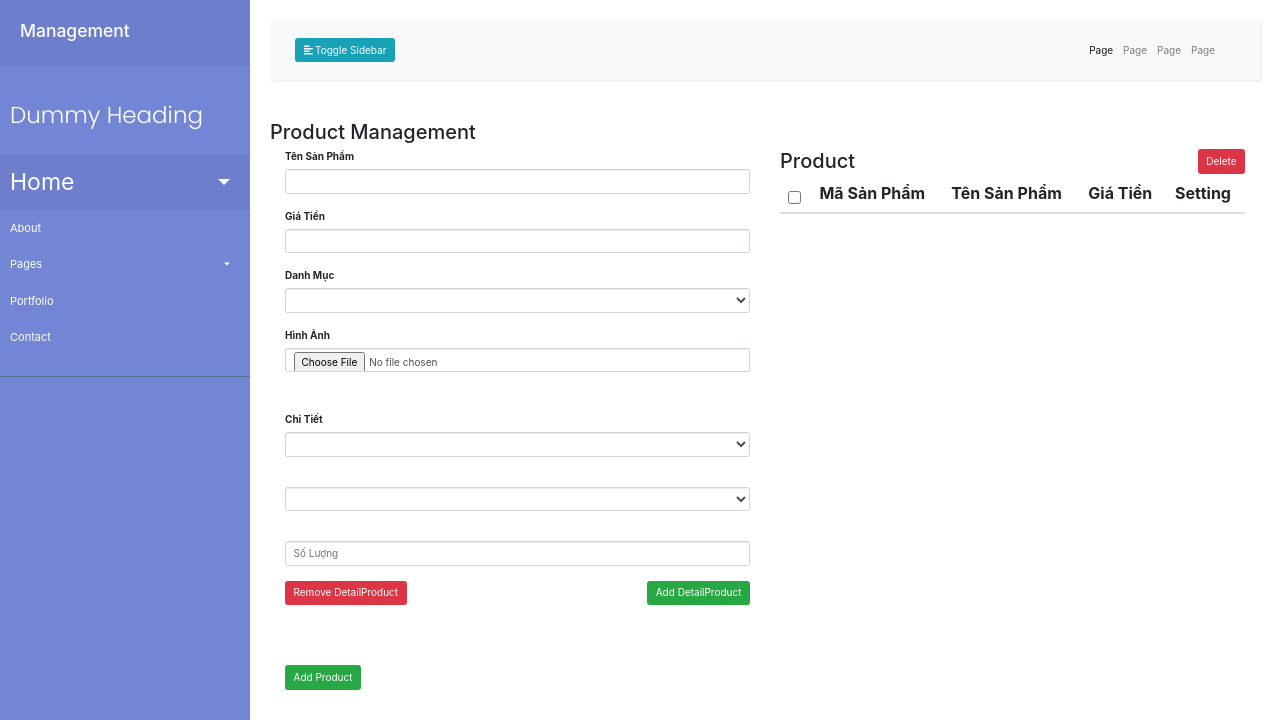
Repository: tiendungnguyen738/shoponline
Page: http://localhost/shoponline/WEB-INF/views/Product_Admin.jsp
These files come from the project's save history. The page is drawn as it stood at one moment and after the next save; the edit follows.
The browser window is 1280 px wide. The pictures show the whole page.
Some web libraries are served in a nearby version. The page is served by Tomcat 9. Nobody is signed in. Other server files are loaded and not shown. The template is opened directly, without the code that normally fills it, so the values that code supplies are empty.

Above is the page before, as saved 2019-09-24 13:57:54.

### shoponline/src/main/webapp/WEB-INF/views/Product_Admin.jsp
<%@ taglib prefix="c" uri="http://java.sun.com/jsp/jstl/core"%>
<%@ page contentType="text/html;charset=UTF-8" language="java"%>

<html>
<head>
	<title>Product-Manage</title>
	<meta charset="utf-8">
	<link rel="stylesheet"
		href="https://maxcdn.bootstrapcdn.com/bootstrap/3.4.0/css/bootstrap.min.css">
	<link rel="stylesheet"
		href="<c:url value='/resources/admin/product-admin.css'/>" />
 	<link rel="stylesheet"
		href="<c:url value='/resources/admin/style.css'/>" />

	<meta name="viewport" content="width=device-width, initial-scale=1.0">
	<meta http-equiv="X-UA-Compatible" content="IE=edge">

	<link rel="stylesheet"
		href="https://stackpath.bootstrapcdn.com/bootstrap/4.1.0/css/bootstrap.min.css"
		integrity="sha384-9gVQ4dYFwwWSjIDZnLEWnxCjeSWFphJiwGPXr1jddIhOegiu1FwO5qRGvFXOdJZ4"
		crossorigin="anonymous">
	<script defer
		src="https://use.fontawesome.com/releases/v5.0.13/js/solid.js"
		integrity="sha384-tzzSw1/Vo+0N5UhStP3bvwWPq+uvzCMfrN1fEFe+xBmv1C/AtVX5K0uZtmcHitFZ"
		crossorigin="anonymous"></script>
	<script defer
		src="https://use.fontawesome.com/releases/v5.0.13/js/fontawesome.js"
		integrity="sha384-6OIrr52G08NpOFSZdxxz1xdNSndlD4vdcf/q2myIUVO0VsqaGHJsB0RaBE01VTOY"
		crossorigin="anonymous"></script>

</head>
<body>
	<div class="wrapper">
		<nav id="sidebar">
			<div class="sidebar-header">
				<h3>Management</h3>
			</div>

			<ul class="list-unstyled components">
				<p>Dummy Heading</p>
				<li class="active"><a href="#homeSubmenu"
					data-toggle="collapse" aria-expanded="false"
					class="dropdown-toggle">Home</a>
					<ul class="collapse list-unstyled" id="homeSubmenu">
						<li><a href="#">Home 1</a></li>
						<li><a href="#">Home 2</a></li>
						<li><a href="#">Home 3</a></li>
					</ul></li>
				<li><a href="#">About</a></li>
				<li><a href="#pageSubmenu" data-toggle="collapse"
					aria-expanded="false" class="dropdown-toggle">Pages</a>
					<ul class="collapse list-unstyled" id="pageSubmenu">
						<li><a href="#">Page 1</a></li>
						<li><a href="#">Page 2</a></li>
						<li><a href="#">Page 3</a></li>
					</ul></li>
				<li><a href="#">Portfolio</a></li>
				<li><a href="#">Contact</a></li>
			</ul>

		</nav>
		<div id="content">

			<nav class="navbar navbar-expand-lg navbar-light bg-light">
				<div class="container-fluid">

					<button type="button" id="sidebarCollapse" class="btn btn-info">
						<i class="fas fa-align-left"></i> <span>Toggle Sidebar</span>
					</button>
					<button class="btn btn-dark d-inline-block d-lg-none ml-auto"
						type="button" data-toggle="collapse"
						data-target="#navbarSupportedContent"
						aria-controls="navbarSupportedContent" aria-expanded="false"
						aria-label="Toggle navigation">
						<i class="fas fa-align-justify"></i>
					</button>

					<div class="collapse navbar-collapse" id="navbarSupportedContent">
						<ul class="nav navbar-nav ml-auto">
							<li class="nav-item active"><a class="nav-link" href="#">Page</a>
							</li>
							<li class="nav-item"><a class="nav-link" href="#">Page</a></li>
							<li class="nav-item"><a class="nav-link" href="#">Page</a></li>
							<li class="nav-item"><a class="nav-link" href="#">Page</a></li>
						</ul>
					</div>
				</div>
			</nav>

			<h2>Product Management</h2>
			<div class="col-md-6 col-sm-12 form-group">
				<form id="form-sanpham">
					<label>Tên Sản Phẩm</label> <input type="text" class="form-control"
						id="tenSanPham" name="tenSanPham"></br> <label>Giá Tiền</label>
					<input type="text" class="form-control" id="giaTien" name="giaTien"></br>

					<label for="danhmucsanpham">Danh Mục</label><br> <select
						id="danhmucsanpham" name="danhmucsanpham" class="form-control">
						<c:forEach items="${categoryList}" var="categoryList">
							<option value="${categoryList.category_id}">${categoryList.category_name}</option>
						</c:forEach>
					</select><br /> <label>Hình Ảnh</label> <input type="file"
						class="form-control" id="uploadhinhanh" name="uploadhinhanh"></br>
					<br />
				</form>
				<div id="containerChitietsanpham">

					<div class="chitietsanpham">
						<label>Chi Tiết</label></br> <select name="size" class="form-control">
							<c:forEach items="${sizeList}" var="sizeList">
								<option value="${sizeList.id}">${sizeList.sizeName}</option>
							</c:forEach>
						</select></br>
						</br> <select name="mau" class="form-control">
							<c:forEach items="${colorList}" var="colorList">
								<option value="${colorList.id}">${colorList.colorName}</option>
							</c:forEach>
						</select></br>
						</br> <input type="number" name="soluong" class="form-control"
							placeholder="Số Lượng" /></br>
						<button type="button" class="btn btn-danger btn-remove"
							style="display: inline;">Remove DetailProduct</button>
						<button type="button" class="btn btn-success btn-detail"
							style="float: right; display: inline;">Add DetailProduct</button>
						</br>
					</div>
					</br>
					</br>
				</div>

				<div class="chitietsanpham" id="idChiTietSanPham">
					<label>Chi Tiết</label></br> <select name="size" class="form-control"
						id="size1">
						<c:forEach items="${sizeList}" var="sizeList">
							<option value="${sizeList.id}">${sizeList.sizeName}</option>
						</c:forEach>
					</select></br>
					</br> <select name="mau" class="form-control" id="mau1">
						<c:forEach items="${colorList}" var="colorList">
							<option value="${colorList.id}">${colorList.colorName}</option>
						</c:forEach>
					</select></br>
					</br> <input type="number" name="soluong" id="soLuong1"
						class="form-control" placeholder="Số Lượng" /></br>
					<button type="button" class="btn btn-danger btn-remove"
						style="display: inline;">Remove DetailProduct</button>
					<button type="button" class="btn btn-success btn-detail"
						style="float: right; display: inline;">Add DetailProduct</button>
					</br>
					<br />
					<button type="button" class="btn btn-dark" id="cancel">Cancel</button>
					<button type="button" class="btn btn-primary capNhatSanPham"
						id="capNhatSanPham">Update Product</button>
				</div>
				</br>
				</br>
				<button id="btn-themSanPham" type="button" class="btn btn-success">Add
					Product</button>

			</div>
			<div class="col-md-6 col-sm-12">
				<div>
					<h2 style="display: inline;">Product</h2>
					<button type="button" class="btn btn-danger" id="button-delete"
						style="float: right; display: inline;">Delete</button>
				</div>
				<table class="table table-hover" id="table-product">
					<thead>
						<tr>
							<th><input type="checkbox" class="AllCheckBox" id="allBox"></th>
							<th>Mã Sản Phẩm</th>
							<th>Tên Sản Phẩm</th>
							<th>Giá Tiền</th>
							<th>Setting</th>
						</tr>
					</thead>
					<tbody>
						<c:forEach items="${productList1}" var="pro">
							<tr>
								<td><input type="checkbox" value="${pro.id}" name="sport" /></td>
								<td>${pro.id}</td>
								<td>${pro.productName}</td>
								<td>${pro.price}</td>
								<td><button type="button" class="btn btn-warning"
										value="${pro.id}" id="editProduct">Edit</button></td>
							</tr>
						</c:forEach>
					</tbody>
				</table>
				<ul
					style="display: inline; list-style-type: none; margin-left: -6%;">
					<c:forEach begin="1" end="${tongSoTrang}" var="trangThu">
						<li style="display: inline; margin-right: 0.2%;"><a
							href="/shoponline/admin-product/${trangThu}"
							style="padding: 7px 10px; border-radius: 5px; border: 1px blue solid;"><c:out
									value="${trangThu}" /></a></li>
					</c:forEach>
				</ul>
			</div>


		</div>
	</div>

	<script src="https://code.jquery.com/jquery-3.3.1.slim.min.js"
		integrity="sha384-q8i/X+965DzO0rT7abK41JStQIAqVgRVzpbzo5smXKp4YfRvH+8abtTE1Pi6jizo"
		crossorigin="anonymous"></script>
	<!-- Popper.JS -->
	<script
		src="https://cdnjs.cloudflare.com/ajax/libs/popper.js/1.14.0/umd/popper.min.js"
		integrity="sha384-cs/chFZiN24E4KMATLdqdvsezGxaGsi4hLGOzlXwp5UZB1LY//20VyM2taTB4QvJ"
		crossorigin="anonymous"></script>
	<!-- Bootstrap JS -->
	<script
		src="https://stackpath.bootstrapcdn.com/bootstrap/4.1.0/js/bootstrap.min.js"
		integrity="sha384-uefMccjFJAIv6A+rW+L4AHf99KvxDjWSu1z9VI8SKNVmz4sk7buKt/6v9KI65qnm"
		crossorigin="anonymous"></script>

	<script type="text/javascript">
		$(document).ready(function() {
			$('#sidebarCollapse').on('click', function() {
				$('#sidebar').toggleClass('active');
			});
		});
	</script>
</body>

	<script src="http://code.jquery.com/jquery-1.9.1.js"></script>
	<script src="http://malsup.github.com/jquery.form.js"></script>
	<script type="text/javascript" src="<c:url value='/resources/js/productManage.js'/>"></script>

</html>

### shoponline/src/main/webapp/resources/admin/product-admin.css
#idChiTietSanPham{
	 display:none;
}

### shoponline/src/main/webapp/resources/admin/style.css
/*
    DEMO STYLE
*/

@import "https://fonts.googleapis.com/css?family=Poppins:300,400,500,600,700";
body {
    font-family: 'Poppins', sans-serif;
    background: #fafafa;
}

p {
    font-family: 'Poppins', sans-serif;
    font-size: 2.3em;
    font-weight: 300;
    line-height: 1.7em;
    color: #999;
}

a,
a:hover,
a:focus {
    color: inherit;
    text-decoration: none;
    transition: all 0.3s;
}

.navbar {
    padding: 15px 10px;
    background: #fff;
    border: none;
    border-radius: 0;
    margin-bottom: 40px;
    box-shadow: 1px 1px 3px rgba(0, 0, 0, 0.1);
}

.navbar-btn {
    box-shadow: none;
    outline: none !important;
    border: none;
}

.line {
    width: 100%;
    height: 1px;
    border-bottom: 1px dashed #ddd;
    margin: 40px 0;
}

/* ---------------------------------------------------
    SIDEBAR STYLE
----------------------------------------------------- */

.wrapper {
    display: flex;
    width: 100%;
    align-items: stretch;
}

#sidebar {
    min-width: 250px;
    max-width: 250px;
    background: #7386D5;
    color: #fff;
    transition: all 0.3s;
}

#sidebar.active {
    margin-left: -250px;
}

#sidebar .sidebar-header {
    padding: 20px;
    background: #6d7fcc;
}

#sidebar ul.components {
    padding: 20px 0;
    border-bottom: 1px solid #47748b;
}

#sidebar ul p {
    color: #fff;
    padding: 10px;
}

#sidebar ul li a {
    padding: 10px;
    font-size: 1.1em;
    display: block;
    color: white;
}

#sidebar ul li a:hover {
    color: #7386D5;
    background: #fff;
}

#sidebar ul li.active>a,
a[aria-expanded="true"] {
    color: #fff;
    background: #6d7fcc;
     font-size: 2.3em;
}

a[data-toggle="collapse"] {
    position: relative;
}

.dropdown-toggle::after {
    display: block;
    position: absolute;
    top: 50%;
    right: 20px;
    transform: translateY(-50%);
}

ul ul a {
    font-size: 0.9em !important;
    padding-left: 30px !important;
    background: #6d7fcc;
}

ul.CTAs {
    padding: 20px;
}

ul.CTAs a {
    text-align: center;
    font-size: 0.9em !important;
    display: block;
    border-radius: 5px;
    margin-bottom: 5px;
}

a.download {
    background: #fff;
    color: #7386D5;
}

a.article,
a.article:hover {
    background: #6d7fcc !important;
    color: #fff !important;
}

/* ---------------------------------------------------
    CONTENT STYLE
----------------------------------------------------- */

#content {
    width: 100%;
    padding: 20px;
    min-height: 100vh;
    transition: all 0.3s;
}

/* ---------------------------------------------------
    MEDIAQUERIES
----------------------------------------------------- */

@media (max-width: 768px) {
    #sidebar {
        margin-left: -250px;
    }
    #sidebar.active {
        margin-left: 0;
    }
    #sidebarCollapse span {
        display: none;
    }
}

### shoponline/src/main/webapp/resources/js/productManage.js
$(document).ready(function(){
	var idProduct = 0;
    var files= [];
	var nameImage = "";
	$("#uploadhinhanh").change(function(event){
		 files = event.target.files;
	       nameImage = files[0].name;
	       var forms = new FormData();
	       forms.append("file",files[0]);
	       $.ajax({
	           url:"/shoponline/api-product-manage/upload-image",
	           type:"POST",
	           data:forms,
	           processData: false,
	           contentType: false,
	           enctype:"multipart/form-data",
	           success:function(value){
	               alert("upload thanh cong");
	           }
	       })
	})

	$("body").on("click",".btn-detail",function(){
		var This = $("#idChiTietSanPham").clone();
		This.removeAttr("id");
		This.appendTo($("#containerChitietsanpham"));
	})

	$("body").delegate(".btn-remove","click",function(){
		this.closest(".chitietsanpham").remove();
	})

	$("body").on("click","#btn-themSanPham",function(){
		var productForm = {};
		var productDetail =[];

		var form  = $("#form-sanpham").serializeArray();
		$.each(form, function(i, field){
		   productForm[field.name] = field.value;
		  });

		$("#containerChitietsanpham > .chitietsanpham").each(function(){
			objectChiTiet = {};
            mauSanPham = $(this).find('select[name="mau"]').val();
            sizeSanPham = $(this).find('select[name="size"]').val();
            soLuong = $(this).find('input[name="soluong"]').val();

            objectChiTiet["mauSanPham"] = mauSanPham;
            objectChiTiet["sizeSanPham"] = sizeSanPham;
            objectChiTiet["soLuong"] = soLuong;

            productDetail.push(objectChiTiet);
		});

		productForm["productDetail"] = productDetail;
		productForm["nameImage"] = nameImage;
		var formInfor = JSON.stringify(productForm);
		console.log(formInfor);
		$.ajax({
			 url:"/shoponline/api-product-manage/add-product",
			 type:"POST",
			 data:{
				 formInfor:formInfor
			 },
			 success:function(value){
				 alert("add success");
			 }

		})
	})

	$("body").on("click","#editProduct",function(){
        $("#btn-themSanPham").addClass("hide");
        $("#uploadhinhanh").prop('readonly', true);
		idProduct = $(this).closest("tr").find("input[name='sport']").val();
		$.ajax({
			url:"/shoponline/api-product-manage/edit-product",
			type:"POST",
			data:{
				idProduct:idProduct
			},
			success:function(value){
				   $("#tenSanPham").val(value.productName);
	               $("#giaTien").val(value.price);
	               $("#danhmucsanpham").val(value.category.category_id);

	               $("#containerChitietsanpham").html("");

	               for( i in value.productsDetail){
	                   var chitietsanpham = $("#idChiTietSanPham").clone().removeAttr("id");
	                   chitietsanpham.find("#mau1").val(value.productsDetail[i].color.id);
	                   chitietsanpham.find("#size1").val(value.productsDetail[i].size.id);
	                   chitietsanpham.find("#soLuong1").val(value.productsDetail[i].soLuong);
	                   $("#containerChitietsanpham").append(chitietsanpham);
	               }
	               $("#cancel").removeClass("hide");
	               $("#capNhatSanPham").removeClass("hide");
			}
		})
	})

	$("body").on("click","#cancel",function(){
       $("#btn-themSanPham").removeClass("hide");
       $(this).addClass("hide");
       $("#capNhatSanPham").addClass("hide");
   })

	$("#allBox").change(function(){
       if(this.checked){
           $("#table-product input").each(function () {
                $(this).prop("checked",true);
           })
       }else {
           $("#table-product input").each(function () {
               $(this).prop("checked",false);
           })
       }
   })

   $("#button-delete").click(function(){
	   var idProduct;
	   $("#table-product input[name='sport']:checked").each(function () {
		   idProduct = $(this).val();
		   var This = $(this);
		   $.ajax({
			   url:"/shoponline/api-product-manage/delete-product",
			   type:"POST",
			   data:{
				   idProduct:idProduct
			   },
			   success:function(value){
				   alert("delete success !!!");
				   This.closest("tr").remove();
			   }
		   })
      })
   })

	$("body").on("click","#capNhatSanPham",function(){
		var formData = $("#form-sanpham").serializeArray();
        json = {};
        arrayChiTiet = [];
        $("#containerChitietsanpham > .chitietsanpham").each(function(){
            objectChiTiet = {};
            mauSanPham = $(this).find('select[name="mau"]').val();
            sizeSanPham = $(this).find('select[name="size"]').val();
            soLuong = $(this).find('input[name="soluong"]').val();

            objectChiTiet["mauSanPham"] = mauSanPham;
            objectChiTiet["sizeSanPham"] = sizeSanPham;
            objectChiTiet["soLuong"] = soLuong;

            arrayChiTiet.push(objectChiTiet);
        })

        $.each(formData,function(i,field){
            json[field.name] = field.value;
        })
        json["chiTietSanPham"] = arrayChiTiet;
        json["idProduct"] = idProduct;
        $.ajax({
            url:"/shoponline/api-product-manage/capNhapSanPham",
            type:"POST",
            data:{
                dataJson:JSON.stringify(json)
            },
            success:function(value){
                alert("update product success");
            }
        })
	})


})

After the next save:
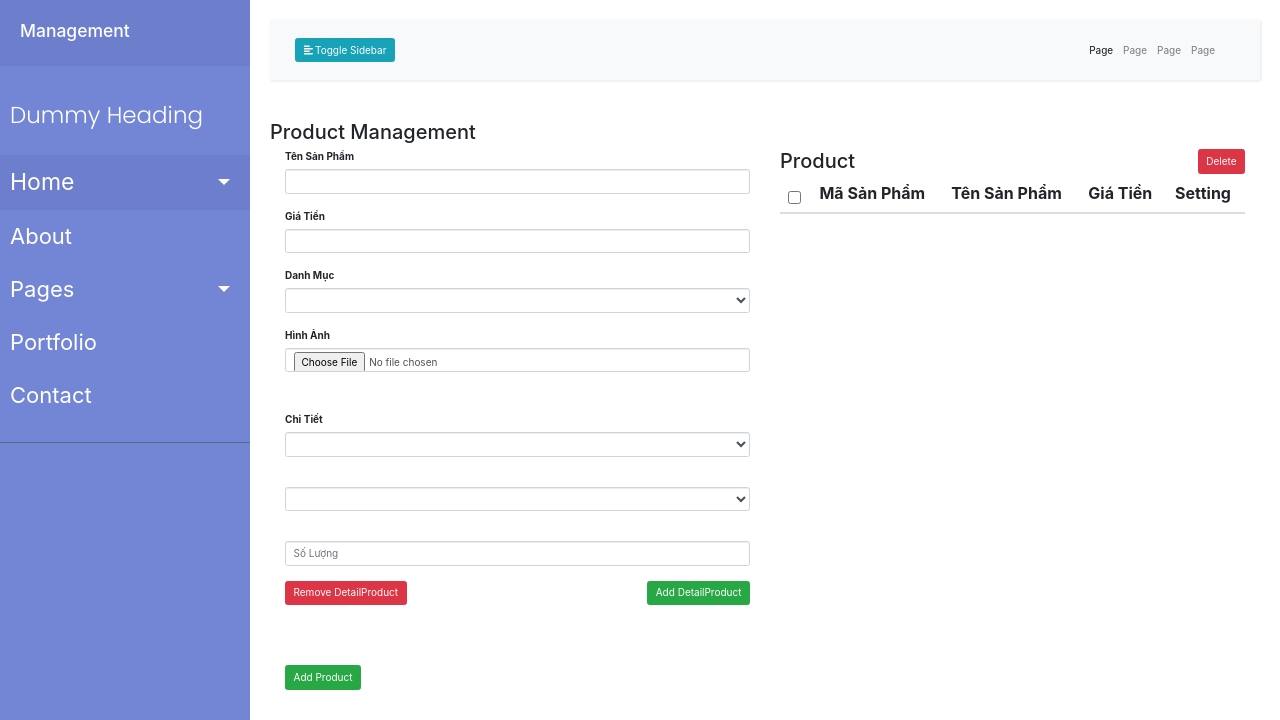
Saved 21 s later.
--- a/shoponline/src/main/webapp/resources/admin/style.css
+++ b/shoponline/src/main/webapp/resources/admin/style.css
@@ -85,7 +85,7 @@ a:focus {
 
 #sidebar ul li a {
     padding: 10px;
-    font-size: 1.1em;
+    font-size: 2.2em;
     display: block;
     color: white;
 }
